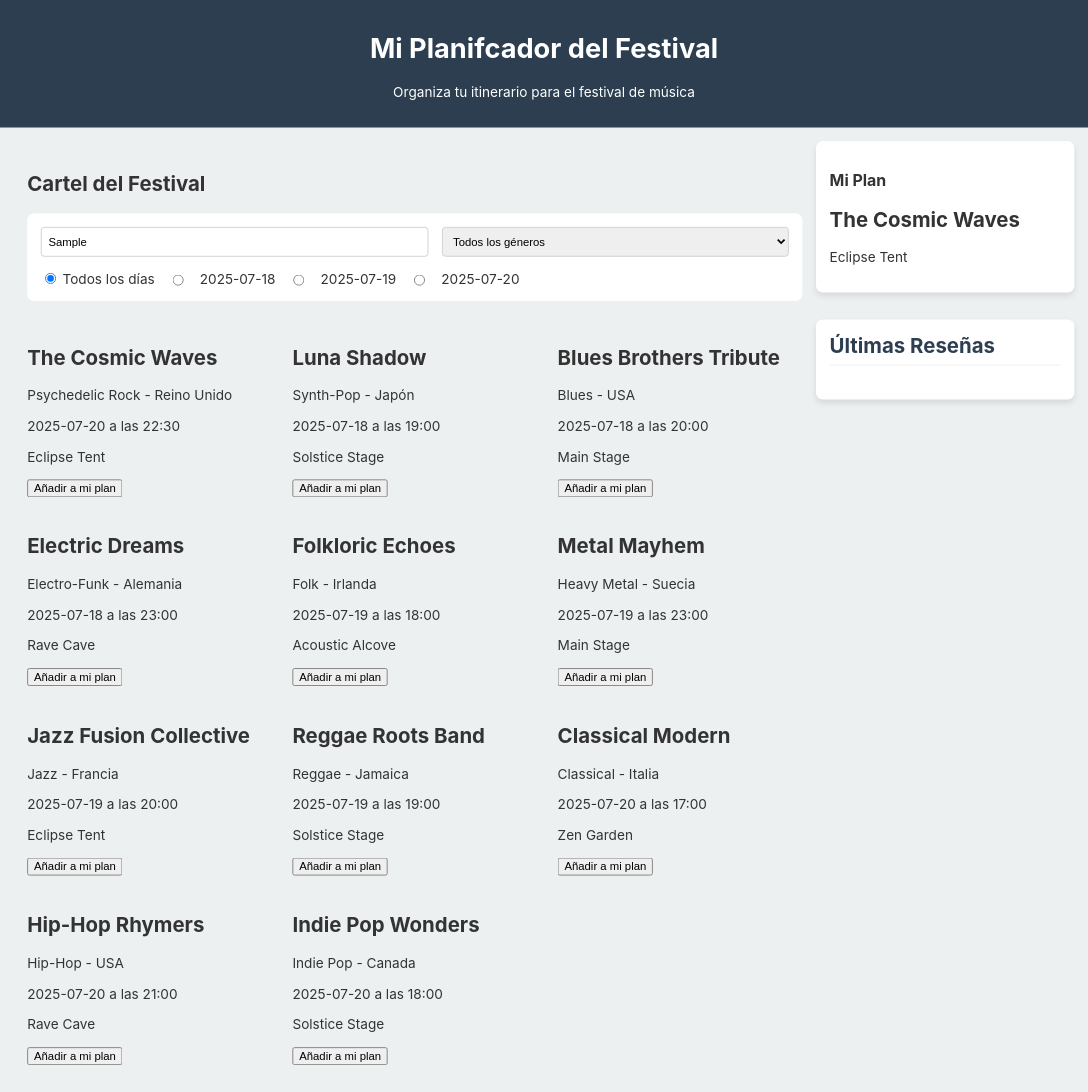
Repository: covaa15/DWEC
Page: Examen12_12_2025/index.html
These files come from the project's save history. The page is drawn as it stood at one moment and after the next save; the edit follows.
The browser window is 1280 px wide. The pictures show the whole page, at 85% of full size.
Empty fields were first filled with sample values (such as "Sample", 5 or name@example.com).
After loading, the first visible `#a1` was clicked once.

Above is the page before, as saved 2025-12-12 13:26:29.

### Examen12_12_2025/index.html
<!DOCTYPE html>
<html lang="es">
<head>
    <meta charset="UTF-8">
    <meta name="viewport" content="width=device-width, initial-scale=1.0">
    <title>Festival</title>
    <link rel="stylesheet" href="css/style.css">
</head>
<body>
    <!-- Encabezado principal de la aplicación -->
    <header>
        <h1>Mi Planifcador del Festival</h1>
        <p>Organiza tu itinerario para el festival de música</p>
    </header>

    <!-- Contenedor principal de la aplicación: organiza el dashboard y la columna derecha -->
    <div class="container">
        <!-- Sección principal del dashboard: muestra el cartel del festival y los filtros -->
        <main id="dashboard">
            <h2>Cartel del Festival</h2>
            <!-- Formulario de filtros para buscar y categorizar artistas -->
            <form id="filter-form">
                <input type="text" id="search-name" placeholder="Buscar por nombre...">
                <select id="filter-genre">
                    <option value="">Todos los géneros</option>
                    <!-- Las opciones de género se cargarán aquí dinámicamente mediante JavaScript -->
                </select>
                <div id="filter-day" class="radio-group">
                    <label><input type="radio" name="day" value="" checked> Todos los días</label>
                    <!-- Las opciones de día se cargarán aquí dinámicamente mediante JavaScript -->
                </div>
            </form>
            <!-- Contenedor donde se mostrarán las tarjetas de los artistas filtrados -->
            <div id="artist-list" class="grid-container">
                <!-- Las tarjetas de artistas se insertarán aquí por JavaScript -->
            </div>
        </main>

        <!-- Columna lateral derecha: contiene el plan del usuario y las reseñas -->
        <div class="right-column">
            <!-- Sección para el plan personalizado del usuario -->
            <aside id="my-plan-container">
                <h3>Mi Plan</h3>
                <!-- Lista donde se añadirán las actuaciones seleccionadas por el usuario -->
                <ul id="plan-list">
                    <!-- Las actuaciones añadidas aparecerán aquí por JavaScript -->
                </ul>
            </aside>
            <!-- Sección para mostrar las reseñas de los artistas -->
            <section id="reviews-section">
                <h2>Últimas Reseñas</h2>
                <!-- Contenedor donde se mostrarán las tarjetas de las reseñas -->
                <div id="reviews-list">
                    <!-- Las reseñas se insertarán aquí por JavaScript -->
                </div>
            </section>
        </div>
    </div>

    <!-- Modal para el formulario de reseña (inicialmente oculto) -->
    <div id="review-modal" class="modal-overlay" style="display: none;">
        <div class="modal-content">
            <button class="close-modal">&times;</button>
            <h3 id="modal-artist-name">Dejar reseña para...</h3>
            <!-- Formulario de reseña del artista. La validación se realiza en el cliente. -->
            <form id="review-form" novalidate>
                <div class="form-group">
                    <label>Calificación:</label>
                    <div class="star-rating">
                        <!-- Campos de radio para la calificación por estrellas (5 a 1) -->
                        <input type="radio" id="star5" name="rating" value="5" required><label for="star5" title="5 stars">★</label>
                        <input type="radio" id="star4" name="rating" value="4"><label for="star4" title="4 stars">★</label>
                        <input type="radio" id="star3" name="rating" value="3"><label for="star3" title="3 stars">★</label>
                        <input type="radio" id="star2" name="rating" value="2"><label for="star2" title="2 stars">★</label>
                        <input type="radio" id="star1" name="rating" value="1"><label for="star1" title="1 star">★</label>
                    </div>
                    <span class="error-message"></span>
                </div>
                <div class="form-group">
                    <label for="comment">Comentario:</label>
                    <textarea id="comment" name="comment" rows="4" minlength="15" required></textarea>
                    <span class="error-message"></span>
                </div>
                <div class="form-group">
                    <label for="email">Email:</label>
                    <input type="email" id="email" name="email" required>
                    <span class="error-message"></span>
                </div>
                <button type="submit">Enviar Reseña</button>
            </form>
        </div>
    </div>


    <!-- Mensaje de éxito temporal para confirmaciones de usuario (inicialmente oculto) -->
    <div id="success-message" class="success-message" style="display: none;"></div>

    <!-- Enlace al archivo JavaScript principal de la aplicación.
         El atributo 'type="module"' permite usar importaciones y exportaciones de módulos. -->
    <script src="js/main.js" type="module"></script>
</body>
</html>

### Examen12_12_2025/css/style.css
/* --- GENERALES Y LAYOUT --- */
/* Este bloque define variables globales (--variable) para la paleta de colores y estilos reutilizables.
   También establece los estilos base para la página, como la fuente y la maquetación principal de dos columnas usando Flexbox. */
:root {
    --primary-color: #2c3e50;
    --secondary-color: #3498db;
    --background-color: #ecf0f1;
    --card-bg-color: #ffffff;
    --text-color: #333;
    --error-color: #e74c3c;
    --success-color: #2ecc71;
    --star-color: #f1c40f;
    --border-radius: 8px;
    --box-shadow: 0 4px 8px rgba(0, 0, 0, 0.1);
}

body {
    font-family: -apple-system, BlinkMacSystemFont, "Segoe UI", Roboto, Helvetica, Arial, sans-serif;
    margin: 0;
    background-color: var(--background-color);
    color: var(--text-color);
}

header {
    background-color: var(--primary-color);
    color: white;
    padding: 1rem 2rem;
    text-align: center;
}

.container {
    display: flex;
    flex-wrap: wrap;
    padding: 1rem;
}

main#dashboard {
    flex: 3;
    min-width: 300px;
    padding: 1rem;
}

.right-column {
    flex: 1;
    min-width: 300px;
    display: flex;
    flex-direction: column;
    gap: 2rem;
}

aside#my-plan-container {
    background-color: var(--card-bg-color);
    padding: 1rem;
    border-radius: var(--border-radius);
    box-shadow: var(--box-shadow);
}

/* --- FORMULARIO DE FILTROS --- */
/* Estilos para el formulario que permite al usuario buscar y filtrar artistas. */
#filter-form {
    display: flex;
    flex-wrap: wrap;
    gap: 1rem;
    margin-bottom: 2rem;
    background-color: var(--card-bg-color);
    padding: 1rem;
    border-radius: var(--border-radius);
}

#filter-form input[type="text"],
#filter-form select {
    padding: 0.5rem;
    border: 1px solid #ccc;
    border-radius: 4px;
    flex-grow: 1;
}

.radio-group {
    display: flex;
    gap: 1rem;
    align-items: center;
}

/* --- TARJETAS DE ARTISTAS --- */
/* Define el layout de parrilla para las tarjetas de artistas y el estilo de cada tarjeta individual,
   incluyendo efectos visuales como sombras y animaciones al pasar el ratón. */
.grid-container {
    display: grid;
    grid-template-columns: repeat(auto-fill, minmax(220px, 1fr));
    gap: 1.5rem;
}

.artist-card {
    background: var(--card-bg-color);
    border-radius: var(--border-radius);
    box-shadow: var(--box-shadow);
    padding: 1rem;
    transition: transform 0.2s, box-shadow 0.2s;
    display: flex;
    flex-direction: column;
}

.artist-card:hover {
    transform: translateY(-5px);
    box-shadow: 0 8px 16px rgba(0, 0, 0, 0.15);
}

.artist-card h3 {
    margin-top: 0;
    color: var(--primary-color);
}

.artist-card p {
    font-size: 0.9rem;
    color: #7f8c8d;
    margin: 0.5rem 0;
}

.card-schedule-info {
    font-size: 0.85rem;
    color: #34495e;
    background-color: #f8f9f9;
    padding: 0.5rem;
    border-radius: 4px;
    margin: 1rem 0;
    border-left: 3px solid var(--secondary-color);
}

.card-schedule-info span {
    display: block;
}

.card-schedule-info span:first-child {
    font-weight: bold;
}

.artist-card button {
    background-color: var(--secondary-color);
    color: white;
    border: none;
    padding: 0.6rem 1rem;
    border-radius: 4px;
    cursor: pointer;
    width: 100%;
    margin-top: auto; /* Empuja el botón al final */
    transition: background-color 0.2s;
}

.artist-card button:hover {
    background-color: #2980b9;
}

/* --- SECCIÓN "MI PLAN" --- */
/* Estilos para la lista de actuaciones que el usuario ha seleccionado.
   Incluye el estilo de cada elemento de la lista y sus botones de acción (Eliminar, Dejar reseña). */
#plan-list {
    list-style-type: none;
    padding: 0;
    margin: 0;
}

#plan-list li {
    background-color: #f9f9f9;
    padding: 0.8rem;
    margin-bottom: 0.8rem;
    border-radius: 4px;
    border-left: 5px solid var(--secondary-color);
    position: relative;
}

#plan-list .plan-item-info strong {
    display: block;
    color: var(--primary-color);
}

#plan-list .plan-item-info span {
    font-size: 0.85rem;
    color: #7f8c8d;
}

#plan-list .plan-item-actions {
    margin-top: 0.5rem;
    display: flex;
    gap: 0.5rem;
}

.plan-item-actions button {
    font-size: 0.75rem;
    padding: 0.3rem 0.6rem;
    border-radius: 3px;
    cursor: pointer;
    border: 1px solid;
}

.btn-delete {
    border-color: var(--error-color);
    color: var(--error-color);
    background: transparent;
}
.btn-review {
    border-color: var(--secondary-color);
    color: var(--secondary-color);
    background: transparent;
}
.btn-review:disabled {
    border-color: #ccc;
    color: #ccc;
    cursor: not-allowed;
}


/* --- MODAL --- */
/* Estilos para la ventana modal que aparece superpuesta.
   Define la capa de fondo oscura y el contenedor del contenido del modal. */
.modal-overlay {
    position: fixed;
    top: 0;
    left: 0;
    width: 100%;
    height: 100%;
    background-color: rgba(0, 0, 0, 0.6);
    display: flex;
    justify-content: center;
    align-items: center;
    z-index: 1000;
}

.modal-content {
    background: white;
    padding: 2rem;
    border-radius: var(--border-radius);
    width: 90%;
    max-width: 500px;
    position: relative;
}

.close-modal {
    position: absolute;
    top: 1rem;
    right: 1rem;
    background: none;
    border: none;
    font-size: 1.5rem;
    cursor: pointer;
}

/* --- FORMULARIO DE RESEÑA --- */
/* Define los estilos para el formulario dentro del modal, incluyendo los campos de entrada,
   los mensajes de error de validación y el sistema de calificación por estrellas. */
#review-form .form-group {
    margin-bottom: 1rem;
}

#review-form label {
    display: block;
    margin-bottom: 0.3rem;
}

#review-form input,
#review-form textarea {
    width: 100%;
    padding: 0.5rem;
    border: 1px solid #ccc;
    border-radius: 4px;
    box-sizing: border-box;
}

#review-form button {
    background-color: var(--success-color);
    color: white;
    padding: 0.7rem 1.5rem;
    border: none;
    border-radius: 4px;
    cursor: pointer;
}
.error-message {
    color: var(--error-color);
    font-size: 0.8rem;
    height: 1rem;
    display: block;
}
input:invalid, textarea:invalid {
    border-color: var(--error-color);
}

/* Star Rating: Implementación de calificación por estrellas con inputs de radio y CSS. */
.star-rating {
    display: flex;
    flex-direction: row-reverse;
    justify-content: flex-end;
}

.star-rating input[type="radio"] {
    display: none;
}

.star-rating label {
    color: #ccc;
    cursor: pointer;
    font-size: 2rem;
    margin: 0;
}

.star-rating input[type="radio"]:checked ~ label,
.star-rating label:hover,
.star-rating label:hover ~ label {
    color: var(--star-color);
}

/* --- MENSAJE DE ÉXITO --- */
/* Estilos para la notificación flotante que aparece tras enviar una reseña. */
.success-message {
    position: fixed;
    bottom: 20px;
    left: 50%;
    transform: translateX(-50%);
    background-color: var(--success-color);
    color: white;
    padding: 1rem 2rem;
    border-radius: var(--border-radius);
    z-index: 1001;
    box-shadow: var(--box-shadow);
}


/* --- SECCIÓN DE RESEÑAS --- */
/* Estilos para la sección que muestra las reseñas enviadas y el formato de cada tarjeta de reseña. */
#reviews-section {
    background-color: var(--card-bg-color);
    padding: 1rem;
    border-radius: var(--border-radius);
    box-shadow: var(--box-shadow);
}

#reviews-section h2 {
    text-align: left;
    margin-top: 0;
    margin-bottom: 1.5rem;
    padding-bottom: 0.5rem;
    border-bottom: 1px solid #eee;
    color: var(--primary-color);
}

#reviews-list {
    display: flex;
    flex-direction: column;
    gap: 1rem;
}

.review-card {
    background: #f9f9f9;
    border-radius: var(--border-radius);
    padding: 1rem;
    display: flex;
    flex-direction: column;
    border-left: 5px solid var(--secondary-color);
}

.review-card h4 {
    margin: 0 0 0.5rem 0;
    color: var(--primary-color);
}

.review-card-rating {
    color: var(--star-color);
    font-size: 1.2rem;
    margin-bottom: 1rem;
}

.review-card-comment {
    font-style: italic;
    color: #555;
    margin: 0;
}


/* --- RESPONSIVE --- */
/* Contiene las Media Queries para adaptar el diseño a diferentes tamaños de pantalla,
   como apilar las columnas en dispositivos móviles. */
@media (max-width: 992px) {
    .container {
        flex-direction: column;
    }
    .right-column {
        margin-top: 2rem;
        gap: 2rem;
    }
}

### Examen12_12_2025/js/main.js
// js/main.js
let artistas = [];
let horarios = [];
let escenarios = [];
const dias = [];
let botonesPlan=null;;
const contenedorArtistas = document.querySelector("#artist-list");
const selectorGenero = document.querySelector('#filter-genre');
const buscador = document.querySelector('#search-name');
const filtrosDia = document.querySelector('#filter-day');
const listaPlanes=document.querySelector('#plan-list');
//Cargo los artistas
cargarEscenarios("./data/escenarios.json");
cargarHorarios("./data/horarios.json");
cargarArtistas("./data/artistas.json");



function cargarArtistas(ruta) {
    fetch(ruta)
        .then(res => res.json())
        .then(data => {
            artistas = data;
            mostrarArtistas(artistas);
        })
        .catch(error => console.log("Error al cargar productos:", error));

}
//Cargo los escenarios
function cargarEscenarios(ruta) {
    fetch(ruta)
        .then(res => res.json())
        .then(data => {
            escenarios = data;
            mostrarArtistas(artistas);
        })
        .catch(error => console.log("Error al cargar productos:", error));

}
//Cargo los horarios
function cargarHorarios(ruta) {
    fetch(ruta)
        .then(res => res.json())
        .then(data => {
            horarios = data;
            mostrarArtistas(artistas);
        })
        .catch(error => console.log("Error al cargar productos:", error));

}


function mostrarArtistas(artistas) {
    contenedorArtistas.innerHTML = "";
    cargarGeneros();
    cargarDias();
    artistas.forEach(artista => {
        const card = document.createElement('div');
        card.classList.add(".artist-card")

        let escenario = obtenerEscenario(artista.id);
        let horario = obtenerHorario(artista.id);
        card.innerHTML = `
        <h2>${artista.nombre}</h2>
        <p>${artista.genero} - ${artista.pais}</p>
        <div>
            <p>${horario.dia} a las ${horario.horaInicio}</p>
             <p> ${escenario}</p>
             <button id=${artista.id}>Añadir a mi plan</button>
        </div>
       `

        contenedorArtistas.appendChild(card);
        activarBotones();
    });


}
//Obtener el escenario
function obtenerEscenario(idArtista) {
    let nombreEscenario;
    const horario = obtenerHorario(idArtista);
    escenarios.forEach(escenario => {
        if (escenario.id === horario.escenarioId)
            nombreEscenario = escenario.nombre;
    });
    return nombreEscenario;
}

//Obtener Horarios
function obtenerHorario(idArtista) {
    let horarioArtista;
    horarios.forEach(horario => {

        if (horario.artistaId === idArtista)
            horarioArtista = horario;

    });
    return horarioArtista;
}

function cargarGeneros() {
    artistas.forEach(artista => {
        let opcion = document.createElement('option');
        opcion.textContent = artista.genero;

        selectorGenero.appendChild(opcion);
    });
}

function cargarDias() {

    horarios.forEach(horario => {


        if (dias.includes(horario.dia)===false) {
            dias.push(horario.dia);
            let label=document.createElement('label');
            label.textContent=horario.dia;
            let opcion = document.createElement('input');
            opcion.type = 'radio';
            opcion.name = 'day';
            opcion.value = horario.dia;
            filtrosDia.appendChild(opcion);
            filtrosDia.appendChild(label);

        }
    });
}


//Aplico los filtros
function aplicarFiltros() {
    const artistaBuscado = buscador.value.toLowerCase();
    let artistasFiltrados = artistas;
    const generoSeleccionado = selectorGenero.value.toLocaleLowerCase();

    if (artistaBuscado !== "") {
        artistasFiltrados = artistasFiltrados.filter(artista =>
            artista.nombre.toLowerCase().includes(artistaBuscado)
        );
    }

    if (generoSeleccionado !== '') {
        artistasFiltrados = artistasFiltrados.filter((artista) => {
            if (artista.genero.toLocaleLowerCase() === generoSeleccionado)
                return artista;
        }
        );
    }



    if (artistasFiltrados.length === 0) {
        contenedorArtistas.innerHTML = `<p>No se encontraron artistas.</p>`;
        contenedorArtistas.style.display = "block";
        return;
    }

    mostrarArtistas(artistasFiltrados);
}
buscador.addEventListener("input", aplicarFiltros);
selectorGenero.addEventListener("change", aplicarFiltros);

function activarBotones(){
    document.querySelectorAll("button").forEach(btn => {
        btn.addEventListener("click", () => {
            let artista=obtenerArtista(btn.id);
            let escenario=obtenerEscenario(artista.id);
            let horario=obtenerHorario(artista.id);

            listaPlanes.innerHTML=`
            <h1>${artista.nombre}</h1>
            <p>${escenario}</p>
            `

        });
    });

}

function obtenerArtista(botonID){
let artistaBoton;
    artistas.forEach(artista=>{
        if(artista.id===botonID)
            artistaBoton=artista;
    });
    return artistaBoton;
}

Loaded but not shown: Examen12_12_2025/data/artistas.json (90 lines, source omitted); Examen12_12_2025/data/horarios.json (86 lines, source omitted); Examen12_12_2025/data/escenarios.json (62 lines, source omitted)

After the next save:
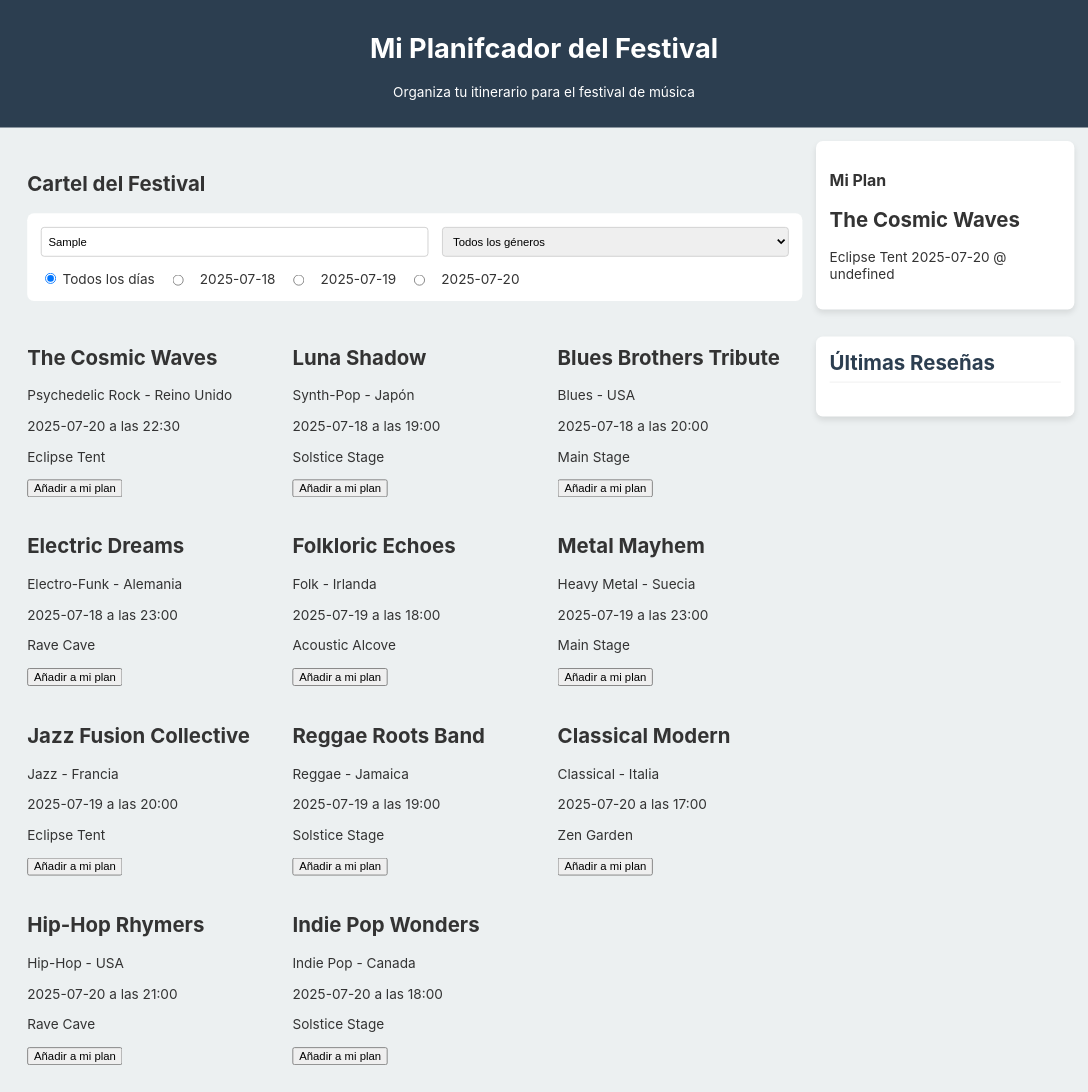
Saved 57 s later.
--- a/Examen12_12_2025/js/main.js
+++ b/Examen12_12_2025/js/main.js
@@ -171,7 +171,7 @@
 
             listaPlanes.innerHTML=`
             <h1>${artista.nombre}</h1>
-            <p>${escenario}</p>
+            <p>${escenario} ${horario.dia} @ ${horario.hora}</p>
             `
 
         });

After the save that followed:
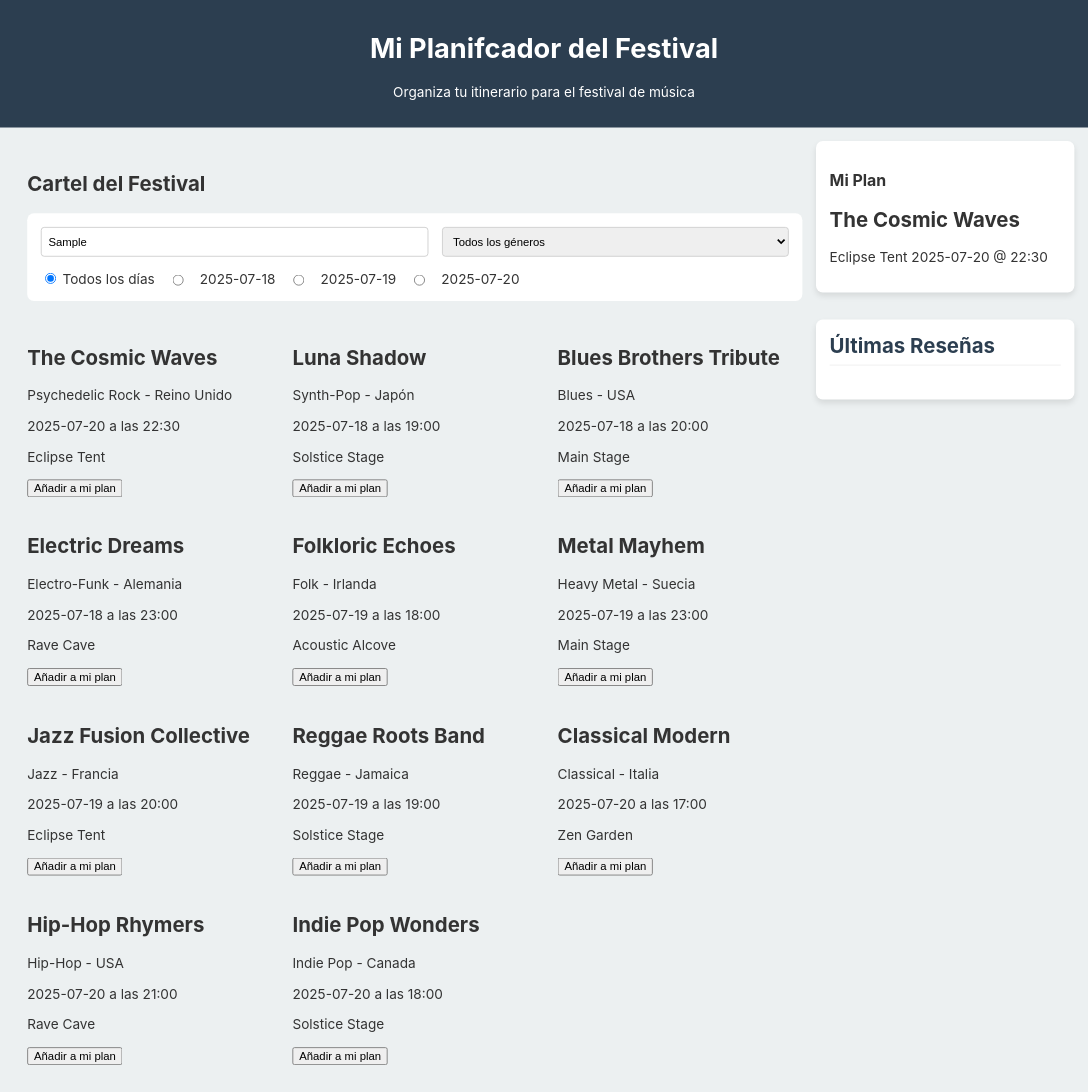
Saved 25 s later.
--- a/Examen12_12_2025/js/main.js
+++ b/Examen12_12_2025/js/main.js
@@ -171,7 +171,7 @@
 
             listaPlanes.innerHTML=`
             <h1>${artista.nombre}</h1>
-            <p>${escenario} ${horario.dia} @ ${horario.hora}</p>
+            <p>${escenario} ${horario.dia} @ ${horario.horaInicio}</p>
             `
 
         });
